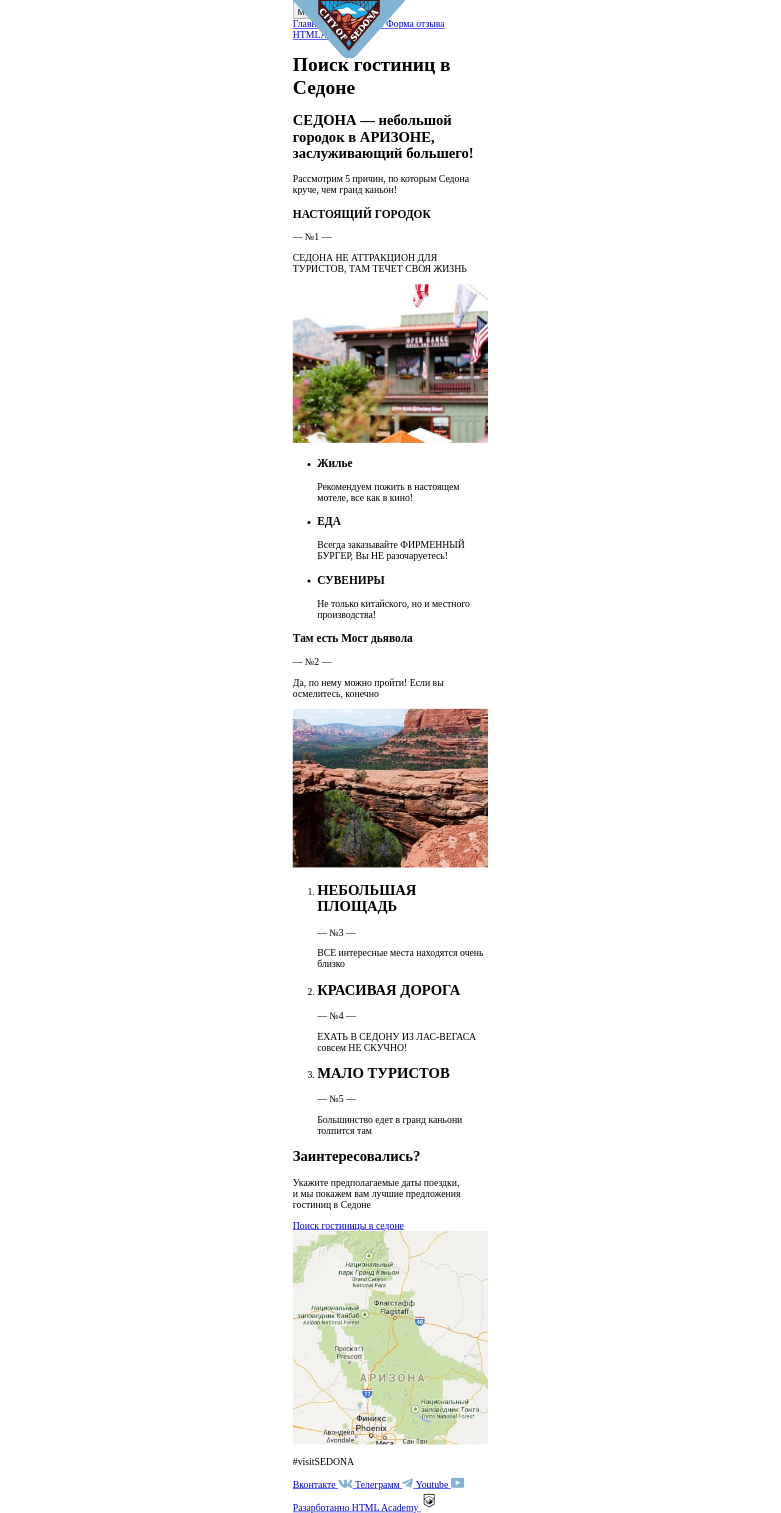
Repository: iKrekus/2149661-sedona-27
Page: source/index.html
These files come from the project's save history. The page is drawn as it stood at one moment and after the next save; the edit follows.
The browser window is 1280 px wide. The pictures show the whole page, at 61% of full size.
The style sheet was rebuilt from its Sass, Less or Tailwind sources for each picture, by a compiler version that may differ from the author's.

Above is the page before, as saved 2022-12-02 19:42:14.

### source/index.html
<!DOCTYPE html>
<html class="page" lang="ru">
  <head>
    <meta charset="utf-8">
    <link rel="stylesheet" href="css/style.css">
    <title>HTML Academy: Седона</title>
  </head>
<body class="page__body">
  <header class="main-header">
    <a class="main-header__logo">
      <img src="img/logos/logo.svg" width="185" height="96" alt="Логотип 'Седона'.">
    </a>
    <div class="main-nav">
      <button class="main-nav__toggle" type="button">
        <span class="visually-hidden">Меню</span>
        <svg width="23" height="22" viewBox="0 0 23 22" fill="none" xmlns="http://www.w3.org/2000/svg"><path d="M22.9 0H0v4h22.9V0ZM22.9 9H0v4h22.9V9ZM22.9 18H0v4h22.9v-4Z" fill="#81B3D2"/></svg>
      </button>
      <nav class="main-nav__wrapper">
        <a class="main-nav__item main-nav__item--current" href="index.html">
          Главная
        </a>
        <a class="main-nav__item" href="catalog.html">
          Фото и видео
        </a>
        <a class="main-nav__item" href="form.html">
          Форма отзыва
        </a>
        <a class="main-nav__item" href="https://htmlacademy.ru/">
          HTMLACADEMY
        </a>
      </nav>
    </div>
  </header>
  <main class="main-container">
    <h1 class="visually-hidden">Поиск гостиниц в Седоне</h1>
    <div class="hero-wrapper">
      <section class="hero-block">
        <h2 class="hero-block__title">
          СЕДОНА — небольшой городок в АРИЗОНЕ, заслуживающий большего!
        </h2>
        <p class="hero-block__description">
          Рассмотрим 5 причин, по которым Седона круче, чем гранд каньон!
        </p>
      </section>
    </div>
    <section class="features">
        <h3 class="features__features-title">
          НАСТОЯЩИЙ ГОРОДОК
        </h3>
        <p class="features__features-divider">
          <!--Далее будет сделан через псевдоэлемент Или потом будет выводится, как номер пункта в списке, если переделать features в список-->
          — №1 —
        </p>
        <p class="features__features-title">
          СЕДОНА НЕ АТТРАКЦИОН ДЛЯ ТУРИСТОВ, ТАМ ТЕЧЕТ СВОЯ ЖИЗНЬ
        </p>
      <img src="img/photo/sedona-town-mobile.jpg" alt="Фото Города." width="320" height="260">
    </section>
    <section class="advantages">
      <ul class="advantages__list advantages__list--no-number">
        <li class="advantages__item">
          <h3 class="advantages__title">
            Жилье
          </h3>
          <p class="advantages__description">
            Рекомендуем пожить в настоящем мотеле, все как в кино!
          </p>
        </li>
        <li class="advantages__item">
          <h3 class="advantages__title">
            ЕДА
          </h3>
          <p class="advantages__description">
            Всегда заказывайте ФИРМЕННЫЙ БУРГЕР, Вы НЕ разочаруетесь!
          </p>
        </li>
        <li class="advantages__item">
          <h3 class="advantages__title">
            СУВЕНИРЫ
          </h3>
          <p class="advantages__description">
            Не только китайского, но и местного производства!
          </p>
        </li>
      </ul>
    </section>
    <section class="features">
        <h3 class="features__features-title">
          Там есть Мост дьявола
        </h3>
        <p class="features__features-divider">
          <!--Далее будет сделан через псевдоэлемент Или потом будет выводится, как номер пункта в списке, если переделать features в список-->
          — №2 —
        </p>
        <p class="features__features-title">
          Да, по нему можно пройти! Если вы осмелитесь, конечно
        </p>
      <img src="img/photo/devil-gridge-mobile.jpg" alt="Фото - 'Мост дьявола'." width="320" height="260">
    </section>
    <section class="advantages">
      <ol class="advantages__list">
        <li class="advantages__item">
          <h2 class="advantages__title">
            НЕБОЛЬШАЯ ПЛОЩАДЬ
          </h2>
          <p class="advantages__advantages-divider">
            <!--Далее будет сделан через псевдоэлемент Или потом будет выводится, как номер пункта в списке, если переделать features в список-->
            — №3 —
          </p>
          <p class="advantages__description">
            ВСЕ интересные места находятся очень близко
          </p>
        </li>
        <li class="advantages__item">
          <h2 class="advantages__title">
            КРАСИВАЯ ДОРОГА
          </h2>
          <p class="advantages__advantages-divider">
            <!--Далее будет сделан через псевдоэлемент Или потом будет выводится, как номер пункта в списке, если переделать features в список-->
            — №4 —
          </p>
          <p class="advantages__description">
            ЕХАТЬ В СЕДОНУ ИЗ ЛАС-ВЕГАСА совсем НЕ СКУЧНО!
          </p>
        </li>
        <li class="advantages__item">
          <h2 class="advantages__title">
            МАЛО ТУРИСТОВ
          </h2>
          <p class="advantages__advantages-divider">
            <!--Далее будет сделан через псевдоэлемент Или потом будет выводится, как номер пункта в списке, если переделать features в список-->
            — №5 —
          </p>
          <p class="advantages__description">
            Большинство едет в гранд каньони толпится там
          </p>
        </li>
      </ol>
    </section>
    <section class="action-form">
      <h2 class="action-form__title">Заинтересовались?</h2>
      <p class="action-form__description">Укажите предполагаемые даты поездки,<br>и мы покажем вам лучшие предложения гостиниц в Седоне</p>
      <a class="action-form__link button button-serch" href="#">Поиск гостиницы в седоне</a>
    </section>
    <div class="search-map">
      <img src="img/photo/map-mobile.jpg" alt="Карта." width="320" height="350">
    </div>
  </main>
  <footer class="main-footer">
    <p class="main-footer__title">
      #visitSEDONA
    </p>
      <div class="main-footer__social">
          <a class="main-footer__link button" href="https://vk.com/htmlacademy">
              <span class="visually-hidden">Вконтакте</span>
              <svg aria-hidden="true" focusable="false" width="24" height="14" fill="none" xmlns="http://www.w3.org/2000/svg">
                <path fill-rule="evenodd" clip-rule="evenodd" d="M24.116 1.804c.166-.546 0-.948-.795-.948h-2.625c-.668 0-.976.347-1.143.73 0 0-1.335 3.196-3.226 5.272-.612.602-.89.793-1.224.793-.167 0-.418-.19-.418-.738V1.804c0-.656-.184-.948-.74-.948H9.817c-.417
              0-.668.304-.668.593 0 .621.946.765 1.043 2.513V7.76c0 .833-.153.984-.487.984-.89 0-3.055-3.21-4.34-6.885-.249-.715-.5-1.003-1.172-1.003H1.566c-.75 0-.9.347-.9.73 0 .682.89 4.07 4.145 8.551 2.17 3.06 5.225 4.72 8.008 4.72 1.67 0 1.875-.369
              1.875-1.004V11.54c0-.737.158-.884.687-.884.39 0 1.057.192 2.615 1.667 1.78 1.75 2.073 2.533 3.075 2.533h2.625c.75 0 1.126-.368.91-1.096-.238-.724-1.088-1.775-2.215-3.022-.612-.71-1.53-1.475-1.809-1.858-.389-.49-.278-.71 0-1.147 0 0 3.2-4.426
              3.533-5.929h.001Z" fill="#83B3D3"/>
              </svg>
          </a>
          <a class="main-footer__link button" href="https://t.me/htmlacademy">
              <span class="visually-hidden">Телеграмм</span>
              <svg aria-hidden="true" focusable="false" width="18" height="16" fill="none" xmlns="http://www.w3.org/2000/svg">
                <path d="M16.79.96.84 7.1c-1.09.44-1.08 1.05-.2 1.32l4.1 1.28 9.47-5.98c.44-.27.85-.13.52.17l-7.68 6.93-.28 4.22c.41 0 .6-.2.83-.41l1.99-1.94 4.13 3.06c.77.42 1.31.2 1.5-.71l2.72-12.8c.28-1.1-.43-1.61-1.16-1.28Z" fill="#83B3D3"/>
              </svg>
          </a>
          <a class="main-footer__link button" href="https://www.youtube.com/user/htmlacademyru">
              <span class="visually-hidden">Youtube</span>
              <svg aria-hidden="true" focusable="false" width="22" height="17" fill="none" xmlns="http://www.w3.org/2000/svg">
                <path d="M18.94.356H3.507C1.647.356.333 1.95.333 3.756V13.85c0 1.913 1.314 3.506 3.174 3.506H19.16c1.642 0 3.174-1.593 3.174-3.4v-10.2c-.219-1.806-1.532-3.4-3.393-3.4ZM7.995 12.894V4.819l7.333 4.037-7.333 4.038Z" fill="#83B3D3"/>
              </svg>
          </a>
      </div>
      <div class="copyrirht-footer-wrapper">
        <div class="copyrirht-footer">
          <a class="copyrirht-footer__link" href="https://htmlacademy.ru/">
            <span class="copyrirht-footer__description">Разарботанно</span>
            <span class="visually-hidden">HTML Academy</span>
            <svg xmlns="http://www.w3.org/2000/svg" viewBox="0 0 60 60" width="27" height="34"><path fill="#000000" d="M30.2 5h-.2l-19.7 2.1v36.2l19.7 11.7 19.7-11.7v-36.2l-19.5-2.1zm17 36.8l-17.2 10.2-17.2-10.2v-14.8l17.1 10.2v1.8l-11.7-7v1.8l11.8 7.1v1.9l-11.8-7v1.8l11.8 7 11.9-7.1v-7.6l5.3-3.2v15.1zm-.1-17l-4.7 2.8-2.2 1.3-10.3-6.1v1.8l8.8 5.3h-.1l-.2.1-1.3.7-7.3-4.3v1.8l5.8 3.4-1.4.9-4.3-2.6v1.8l2.9 1.7-2.9 1.7-17-10.1 17-10.2 17.2 10zm.1-1.8l-17.3-10.2-17.1 10.2v-13.6l17.2-1.8 17.2 1.8v13.6z"/></svg>
          </a>
        </div>
      </div>
  </footer>
</body>
</html>

### source/sass/style.scss
// Начните писать стили здесь
@use "./blocks/page/page.scss";
@use "./blocks/header/main-header.scss";
@use "./blocks/header/main-container.scss";
@use "./blocks/header/main-nav.scss"

### source/sass/blocks/page/page.scss
.page__body {
  width: 320px;
  margin: auto;
}

### source/sass/blocks/header/main-header.scss
.main-header {
  background-color: #ffffff;
  position: relative;
}

.main-header__logo {
  position: absolute;
  z-index: 1;
  margin: 0 auto;

  &:hover {
    background-color: #ffff00;
  }

  &--darck {
    background-color: #ff0000;
  }
}

.main-header__menu {
  width: 100%;
}

Loaded but not shown: source/sass/blocks/header/main-container.scss (no stored copy; drawn as an empty file); source/sass/blocks/header/main-nav.scss (no stored copy; drawn as an empty file)

After the next save:
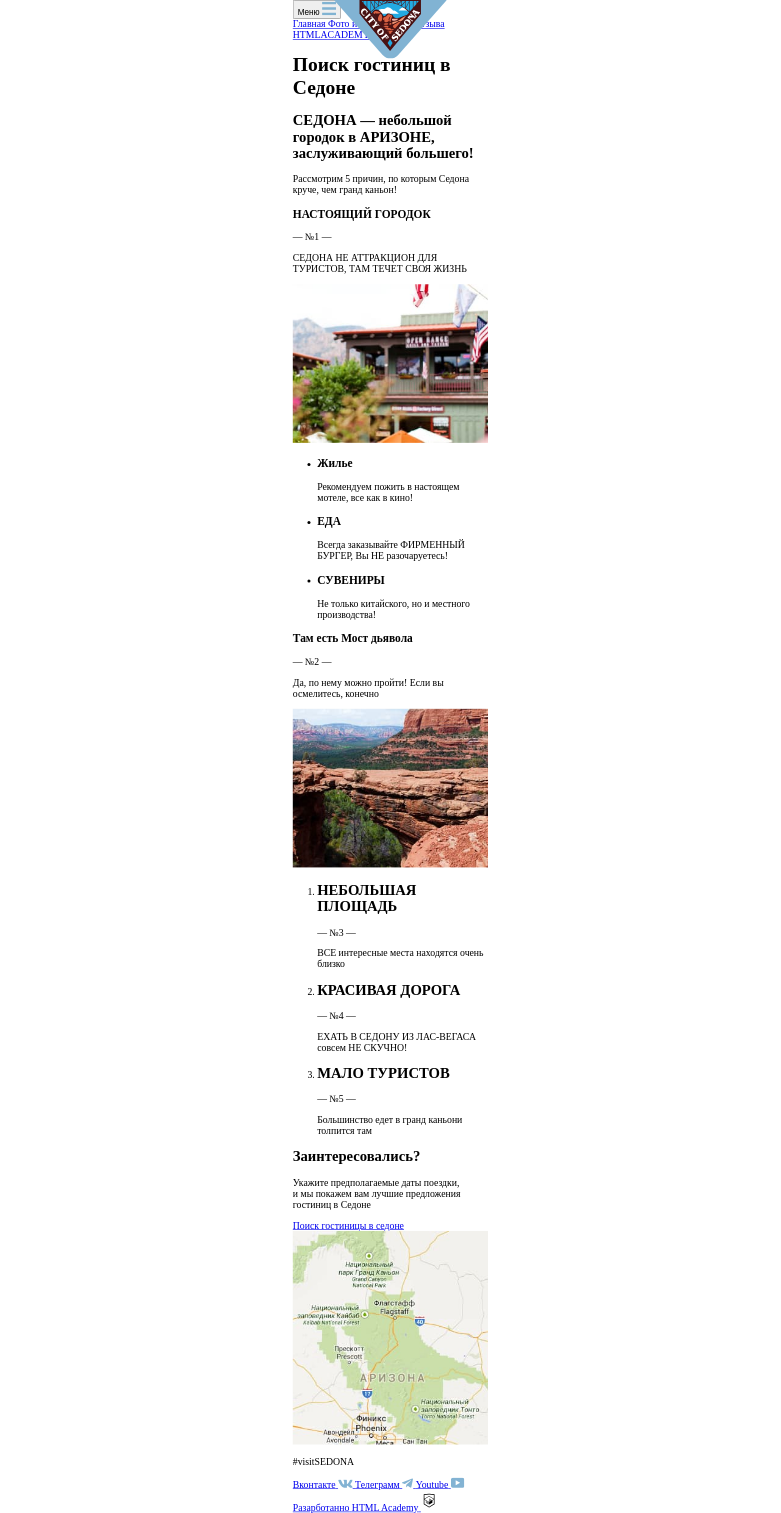
Saved 89 s later.
--- a/source/sass/blocks/header/main-header.scss
+++ b/source/sass/blocks/header/main-header.scss
@@ -6,7 +6,8 @@
 .main-header__logo {
   position: absolute;
   z-index: 1;
-  margin: 0 auto;
+  left: 50%;
+  transform: translateX(-50%);
 
   &:hover {
     background-color: #ffff00;
